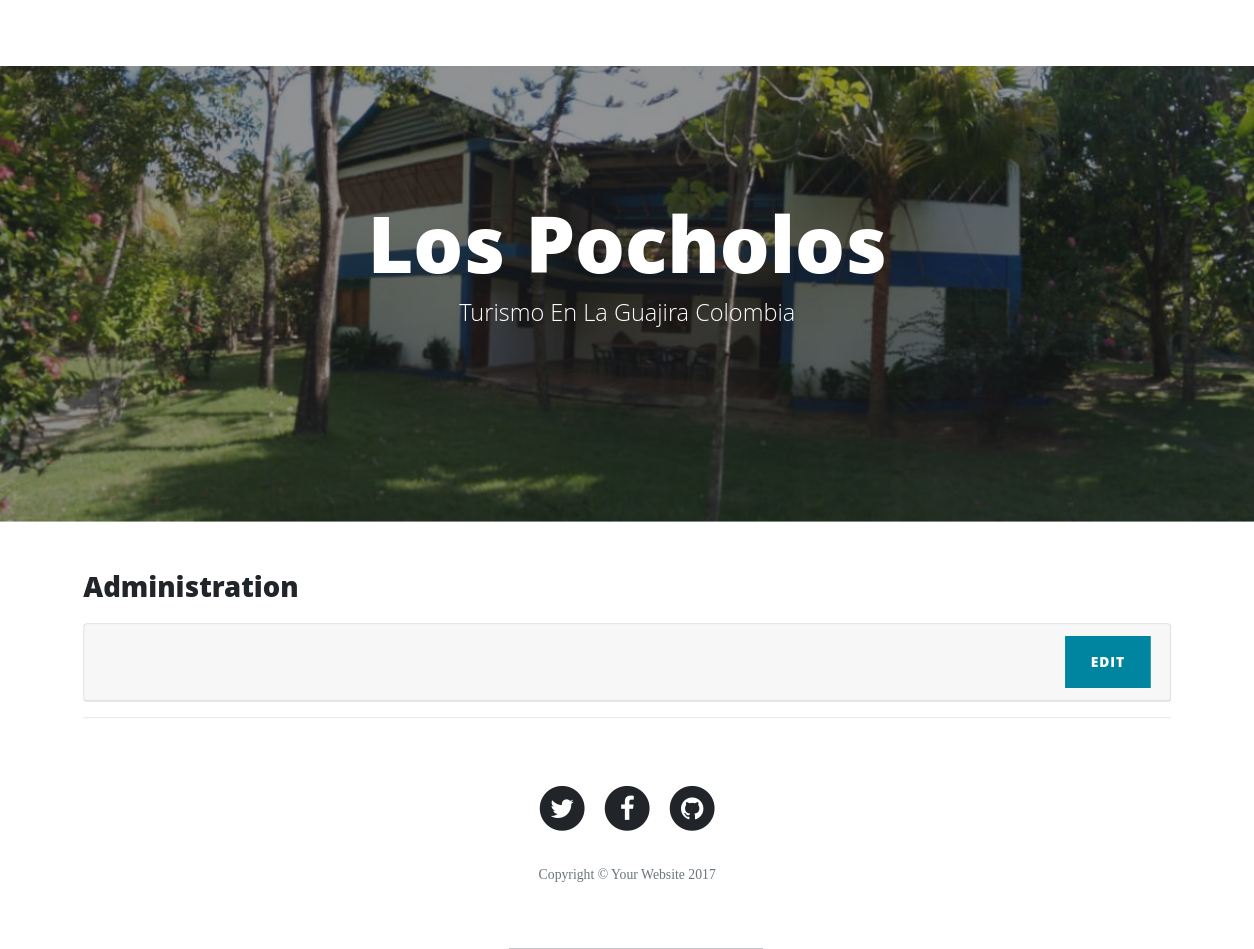
Repository: cachimiro/los-pochoclos
Page: templates/update.html
The author's editor kept a record of every edit. The page is drawn from the files as they stood at one moment, then again after the next edit.
The browser window is 1280 px wide. The pictures show the whole page, at 98% of full size.
The page is served by the project's application, run on Flask 3 (run.py). Other server files are loaded and not shown. The template is opened directly, without the code that normally fills it, so the values that code supplies are empty.

Above is the page before.

### templates/update.html
<style>
.btn-link{
  color: black !important;
  text-decoration: none !important;
  text-align: center!important;
}
.btn-link:hover{
  color: grey !important;
}
a{
  text-align: left!important;
}
</style>
{% extends 'base.html' %} {% block content %}
<h3> Administration </h3>


<form action="{{ url_for('edit_review', opinion_id=opinion._id) }}" method="POST"></form>
<div id="accordion">
  <div class="card">
    <div class="card-header" id="headingThree" , "{{ opinion._id }}">
      <h5 class="mb-0">
        <button class="btn btn-link collapsed" data-toggle="collapse" data-target="#collapseThree" aria-expanded="false" aria-controls="collapseThree">
          <h3> {{ opinion.name }} {{ opinion.surname }} </h3>
          <h4>{{ opinion.Title}} </h4>
          <a href="{{url_for('edit_review', opinion_id=opinion._id)}}">
           <button type="button" class="btn pull-right btn-primary">Edit</button>
           </a>

        </button>
      </h5>
    </div>

    <div id="collapseThree" , "{{ opinion._id }}" class="collapse" aria-labelledby="headingThree" data-parent="#accordion">
      <div class="card-body">
        <p>{{ opinion.Opinion|truncate(200, True)}}</p>
        <p>{{ opinion.how_would_you_improve_it}}</p>
      </div>
    </div>
  </div>



  <script type="text/javascript" src="https://cdnjs.cloudflare.com/ajax/libs/jquery/3.4.1/jquery.min.js"></script>
  <script>
  </script>
</form>


  {% endblock %}

### templates/base.html
<!DOCTYPE html>
<html lang="en">
<head>
    <meta charset="UTF-8">
    <meta name="viewport" content="width=device-width, initial-scale=1.0">
    <meta http-equiv="X-UA-Compatible" content="ie=edge">
    <link href="https://stackpath.bootstrapcdn.com/font-awesome/4.7.0/css/font-awesome.min.css" rel="stylesheet" integrity="sha384-wvfXpqpZZVQGK6TAh5PVlGOfQNHSoD2xbE+QkPxCAFlNEevoEH3Sl0sibVcOQVnN" crossorigin="anonymous">
    <link href="{{ url_for('static', filename='vendor/bootstrap/css/bootstrap.min.css') }}" rel="stylesheet">
    <link rel="stylesheet" href="{{ url_for('static', filename='css/clean-blog.min.css') }}" type="text/css" />
    <link rel="stylesheet" href="{{ url_for('static', filename='css/style.css') }}" type="text/css" />
    <title>Los Pochocolos</title>
</head>
<body>
    <!-- Navigation -->
    <nav class="navbar navbar-expand-lg navbar-light fixed-top" id="mainNav">
        <div class="container">
            <a class="navbar-brand" href="{{url_for('Admin_update_reviews_and_more') }}">Finca Los Pochocolos</a>
            <button class="navbar-toggler navbar-toggler-right" type="button" data-toggle="collapse" data-target="#navbarResponsive" aria-controls="navbarResponsive" aria-expanded="false" aria-label="Toggle navigation">
          Menu
          <i class="fa fa-bars"></i>
        </button>
            <div class="collapse navbar-collapse" id="navbarResponsive">
                <ul class="navbar-nav ml-auto">
                    <li class="nav-item">
                        <a class="nav-link" href="{{ url_for('index') }}">Home</a>
                    </li>
                    <li class="nav-item">
                        <a class="nav-link" href="{{ url_for('rooms') }}">Rooms</a>
                    </li>
                    <li class="nav-item">
                        <a class="nav-link" href="{{ url_for('about') }}">About</a>
                    </li>
                    <li class="nav-item">
                        <a class="nav-link" href="{{ url_for('contact') }}">Contact</a>
                    </li>
                       <li class="nav-item">
                        <a class="nav-link" href="{{ url_for('charity') }}">Charity</a>
                    </li>
                </ul>
            </div>
        </div>
    </nav>

    <!-- Page Header -->
   <!--- <header class="masthead" style="background-image: url('https://berakatours.com/wp-content/uploads/2017/09/Avistamiento-Aves-Colombia.jpg')">----->
          <header class="masthead" style="background-image: url('../static/img/panoramico-casa.jpg')">
        <div class="overlay"></div>
        <div class="container">
            <div class="row">
                <div class="col-lg-8 col-md-10 mx-auto">
                    <div class="site-heading">
                         <h1>Los Pocholos</h1>
                        <span class="subheading">Turismo En La Guajira Colombia</span>
                    </div>
                </div>
            </div>
        </div>
    </header>

    <!-- Main Content -->
    <div class="container">
        {% block content %} {% endblock %}
    </div>

    <hr>

    <!-- Footer -->
    <footer>
        <div class="container">
            <div class="row">
                <div class="col-lg-8 col-md-10 mx-auto">
                    <ul class="list-inline text-center">
                        <li class="list-inline-item">
                            <a href="#">
                                <span class="fa-stack fa-lg">
                    <i class="fa fa-circle fa-stack-2x"></i>
                    <i class="fa fa-twitter fa-stack-1x fa-inverse"></i>
                  </span>
                            </a>
                        </li>
                        <li class="list-inline-item">
                            <a href="#">
                                <span class="fa-stack fa-lg">
                    <i class="fa fa-circle fa-stack-2x"></i>
                    <i class="fa fa-facebook fa-stack-1x fa-inverse"></i>
                  </span>
                            </a>
                        </li>
                        <li class="list-inline-item">
                            <a href="#">
                                <span class="fa-stack fa-lg">
                    <i class="fa fa-circle fa-stack-2x"></i>
                    <i class="fa fa-github fa-stack-1x fa-inverse"></i>
                  </span>
                            </a>
                        </li>
                    </ul>
                    <p class="copyright text-muted">Copyright &copy; Your Website 2017</p>
                </div>
            </div>
        </div>
    </footer>

    <!-- Bootstrap core JavaScript -->
    <script src="{{ url_for('static', filename='vendor/jquery/jquery.min.js') }}"></script>
    <script src="{{ url_for('static', filename='vendor/bootstrap/js/bootstrap.bundle.min.js') }}"></script>

    <!-- Custom scripts for this template -->
    <script src="{{ url_for('static', filename='js/clean-blog.min.js') }}"></script>

</body>
</html>

### run.py
import os
import json
import click
from flask import Flask, render_template, request,redirect, flash, url_for
from flask_pymongo import PyMongo
from bson.objectid import ObjectId


app = Flask(__name__)
app.config["MONGO_DBNAME"] = 'reviews'
app.config["MONGO_URI"] = "mongodb+srv://root:Johann@myfirstcluster-ugp0n.mongodb.net/reviews?retryWrites=true&w=majority"

mongo = PyMongo(app)
app.secret_key = "cachimiro"

# code to be ble to see reviews
@app.route('/view_reviews')
def get_reviews():
    return render_template("reviews.html", opinion=mongo.db.opinion.find())



 # code to shorten reviews so they are not to overwelming

        # TODO: write code...
# this line of code will allow costumesr to add reviews
@app.route('/add_review')
def add_review():
    return render_template('add-reviews.html')


@app.route('/add_review', methods=['POST'])
def insert_task():
    tasks = mongo.db.opinion
    tasks.insert_one(request.form.to_dict())
    return redirect(url_for('get_reviews'))

# code for conecting templates
@app.route('/')
def index():
    return render_template("index.html")


@app.route('/about')
def about():
    data = []
    with open("data/company.json", "r") as json_data:
        data = json.load(json_data)
    return render_template("about.html", page_title="About", company=data)

@app.route('/about/<member_name>')
def about_member(member_name):
    member = {}

    with open("data/company.json", "r") as json_data:
        data = json.load(json_data)
        for obj in data:
            if obj["url"] == member_name:
                member = obj

    return render_template("member.html", member=member)




@app.route('/contact', methods=["GET", "POST"])
def contact():
    if request.method == "POST":
        flash("Thanks {}, we have received your message".format(
            request.form["name"]
        ))
    return render_template("contact.html", page_title="Contact")


@app.route('/rooms')
def rooms():
   return render_template("rooms.html", page_title="Rooms")

@app.route('/charity')
def charity():
   return render_template("charity.html", page_title="charity")

@app.route('/administration')
def Admin_update_reviews_and_more():
   return render_template("admin.html", opinion=mongo.db.opinion.find())

# this line of code is for the managers to update their reviews and delete them
@app.route('/edit_review/<opinion_id>')
def edit_review(opinion_id):
    the_opinion =  mongo.db.opinion.find_one({"_id": ObjectId(opinion_id)})
    return render_template('update.html', opinion=the_opinion)


@app.route('/update_opinion/<opinion_id>', methods=["POST"])
def update_opinion(opinion_id):
    opinion = mongo.db.opinion
    opinion.update( {'_id': ObjectId(opinion_id)},
    {
        'name':request.form.get('name'),
        'surname':request.form.get('surname'),
        'Title': request.form.get('Title'),
        'Opinion': request.form.get('Opinion'),
        'how_would_you_improve_it':request.form.get('how_would_you_improve_it')
    })
    return redirect(url_for('Admin_update_reviews_and_more'))


@app.route('/delete_opinion/<opinion_id>')
def delete_opinion(opinion_id):
    mongo.db.opinion.remove({'_id': ObjectId(opinion_id)})
    return redirect(url_for('Admin_update_reviews_and_more'))


if __name__ == '__main__':
    app.run(host=os.environ.get('IP'),
            port=int(os.environ.get('PORT')),
            debug=True)



# chat function will go here all the code thats going to be provided from here is for that chat area
#pesonal note i will coment out this section for a moment need to work on other html
"""
import os
from datetime import datetime
from flask import Flask, redirect, render_template, request, session, url_for


app = Flask(__name__)
app.secret_key = os.getenv("SECRET","randomstring123")
messages = []


def add_message(username, message):
    #Add messages to the `messages` list
    now = datetime.now().strftime("%H:%M:%S")
    messages.append({"timestamp": now, "from": username, "message": message})


@app.route("/", methods=["GET", "POST"])
def chat_room():
    #Main page with instructions
    if request.method == "POST":
        session["username"] = request.form["username"]

    if "username" in session:
        return redirect(url_for("user", username=session["username"]))

    return render_template("index.html")


@app.route("/chat/<username>", methods=["GET", "POST"])
def user(username):
    #Add and display chat messages
    if request.method == "POST":
        username = session["username"]
        message = request.form["message"]
        add_message(username, message)
        return redirect(url_for("user", username=session["username"]))

    return render_template("chat.html", username=username,
                           chat_messages=messages)


app.run(host=os.getenv("IP", "0.0.0.0"),
        port=int(os.getenv("PORT", "5000")), debug=False)

 """

### static/css/style.css
.col-md-5 img {
    width: 50%;
    height: 50%;
    margin-top: 30px;
    margin-bottom: 50px;

}

Loaded but not shown: static/css/clean-blog.min.css (library); static/js/clean-blog.min.js (common file)

After the next edit:
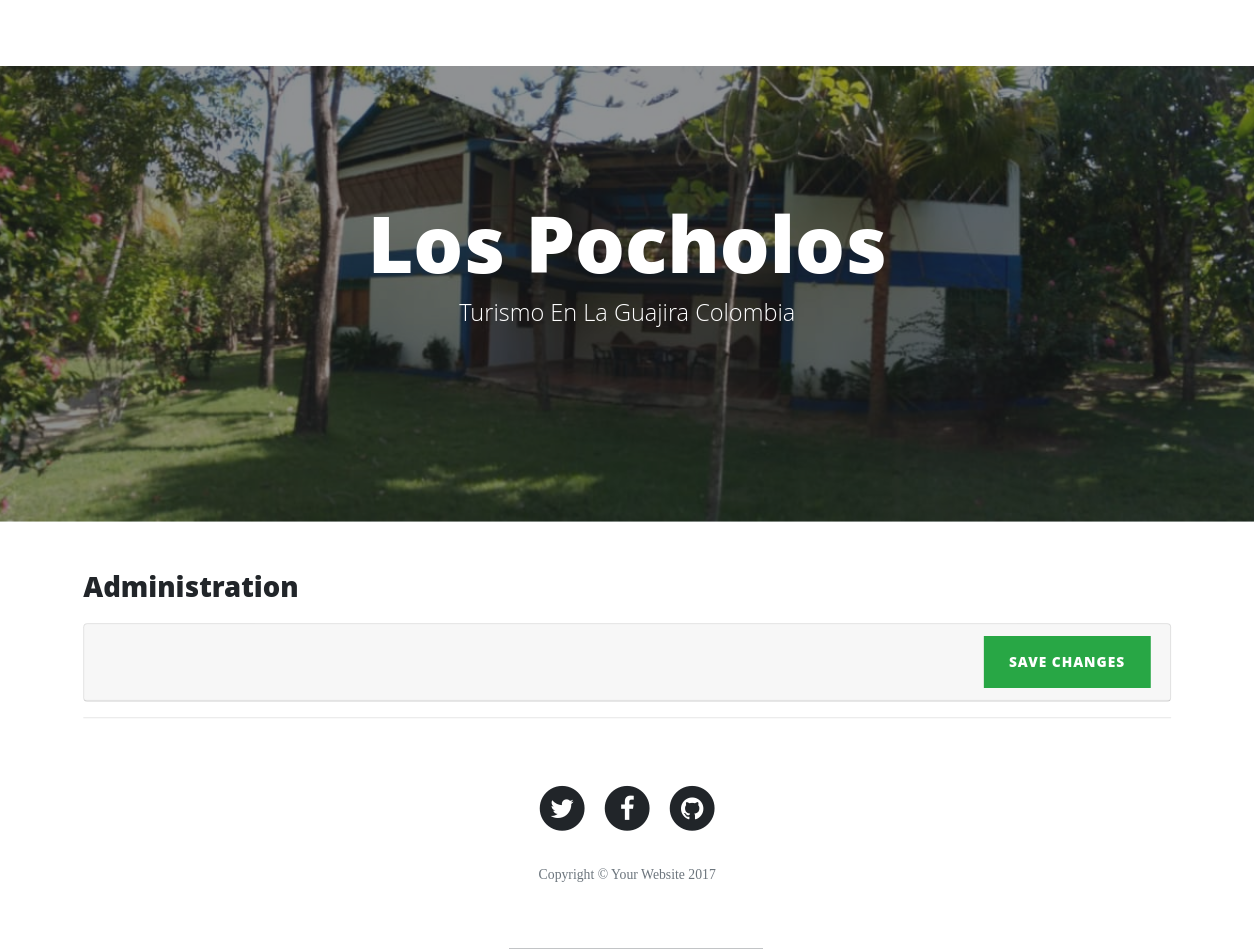
The edit:
--- a/templates/update.html
+++ b/templates/update.html
@@ -23,8 +23,8 @@
         <button class="btn btn-link collapsed" data-toggle="collapse" data-target="#collapseThree" aria-expanded="false" aria-controls="collapseThree">
           <h3> {{ opinion.name }} {{ opinion.surname }} </h3>
           <h4>{{ opinion.Title}} </h4>
-          <a href="{{url_for('edit_review', opinion_id=opinion._id)}}">
-           <button type="button" class="btn pull-right btn-primary">Edit</button>
+
+           <button type="button" class="btn pull-right btn-success">Save Changes</button>
            </a>
 
         </button>
